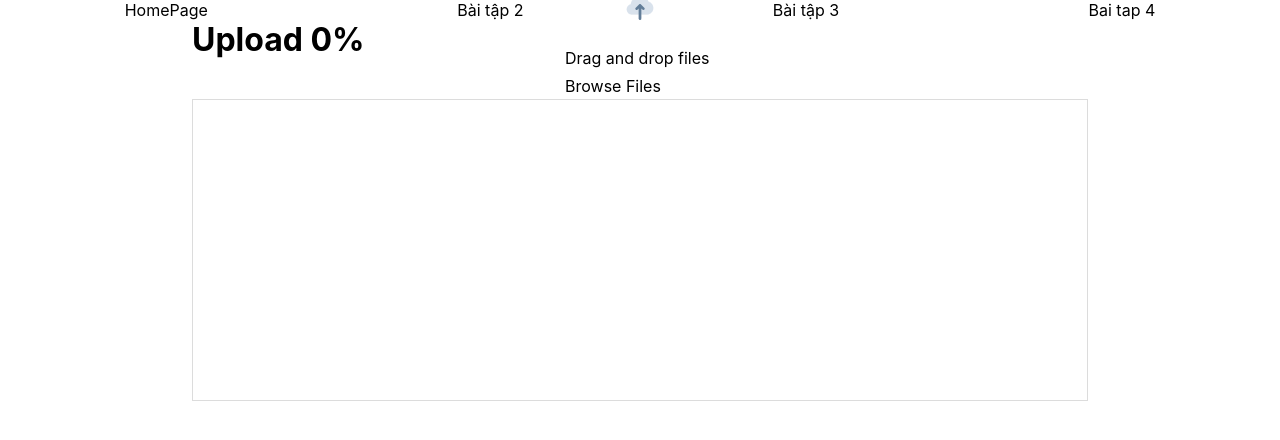
Repository: tungdau93/Training-ReactJS
Page: /bai-tap-3
An editor plug-in stored every save of this project. The page is shown before and after the next save, followed by the edit.
The browser window is 1280 px wide. The pictures show the whole page.
The project was rebuilt for these pictures with package versions that can differ from the ones it lists, and the page was loaded fresh each time. Also part of the build but not shown: src/App.css, src/hooks/useClickOutside.js, src/Assignments/BaiTap2.jsx, src/Assignments/HomePage.jsx.

Above is the page before, as saved 2022-10-03 10:49:01.

### src/App.js
import { BrowserRouter, Route, Routes } from "react-router-dom";
import "./App.css";
import BaiTap2 from "./Assignments/BaiTap2";
import BaiTap3 from "./Assignments/BaiTap3";
import HomePage from "./Assignments/HomePage";
import Menu from "./Assignments/Menu";

function App() {
  return (
    <BrowserRouter>
      <Menu />
      <Routes>
        <Route path="/" element={<HomePage />} />
        <Route path="/bai-tap-2" element={<BaiTap2 />} />
        <Route path="/bai-tap-3" element={<BaiTap3 />} />
      </Routes>
    </BrowserRouter>
  );
}

export default App;

### src/Assignments/BaiTap3.jsx
import { ref, uploadBytesResumable } from "@firebase/storage";
import React, { useRef, useState } from "react";
import { storage } from "../firebase";
import "../style/_bai-tap-3.scss";

const BaiTap3 = () => {
  const listUploadedRef = useRef();
  const fileUploadedRef = useRef();

  const [files, setFiles] = useState([]);
  const [progress, setProgress] = useState(0);
  const [isSizeValid, setIsSizeValid] = useState(true);
  const [isActive, setIsActive] = useState(true);
  const [isValidNumberOfFiles, setValidNumberOfFiles] = useState(false);

  const RemoveAddFile = [];

  const handleSlide = () => {
    const listUploadedOffsetWidth = listUploadedRef.current?.offsetWidth;
    const listUploadedClientWidth = listUploadedRef.current?.clientWidth;
    const fileUploadedWidth = fileUploadedRef.current?.offsetWidth;
    const removeSpace = listUploadedOffsetWidth - listUploadedClientWidth;
    console.log(removeSpace);

    if (listUploadedRef.current && fileUploadedRef.current) {
      listUploadedRef.current.scrollTo({
        left: fileUploadedWidth,
        behavior: "smooth",
      });
    }
  };
  const handleAddFiles = (event) => {
    setValidNumberOfFiles(false);
    const file = event.target.files[0];

    event.preventDefault();
    const fileArray = event.target.files;
    for (var j = 0; j < fileArray.length; j++) {
      if (fileArray[j].size > 10485760) {
        setIsSizeValid(false);
        setIsActive(false);
        return;
      }
    }
    setIsActive(true);
    setIsSizeValid(true);

    const newFiles = [...files];
    for (let k = 0; k < fileArray.length; k++) {
      newFiles.push(fileArray[k]);
    }
    setFiles(newFiles);
  };

  const uploadFiles = (file) => {
    if (!file) return;
    const storageRef = ref(storage, `/files/${file.name}`);
    const uploadTask = uploadBytesResumable(storageRef, file);
    uploadTask.on(
      "state_changed",
      (snapshot) => {
        const prog = Math.round(
          (snapshot.bytesTransferred / snapshot.totalBytes) * 100
        );
        setProgress(prog);
      },
      (err) => console.log(err)
    );
  };

  const handleUpload = (event) => {
    event.preventDefault();

    const newFilesUpload = [...files];
    if (files.length > 0 && files.length <= 4) {
      for (let i = 0; i < newFilesUpload.length; i++) {
        uploadFiles(newFilesUpload[i]);
        console.log(newFilesUpload[i]);
        setFiles(RemoveAddFile);
      }
    } else {
      setValidNumberOfFiles(true);
      setFiles(RemoveAddFile);
      setIsActive(false);
    }
  };

  const handleClose = (index) => {
    const fileSelected = files.filter((file) => file.index === index);
    // console.log(newFiles);
    const newFiles = [...files];
    newFiles.pop(fileSelected);
    setFiles([...newFiles]);
  };

  return (
    <div className="drag-drop-files-container">
      <h1>Upload {progress}%</h1>
      {/* <img
        onClick={handleSlide}
        src={require("../assets/images/submit-icon.png")}
        alt=""
        className="slide-icon"
      /> */}

      <div className="drag-drop-files">
        <div className="drag-drop-label">
          <span className="image-drag-drop">
            <img
              alt=""
              src={require("../assets/images/upload-icon.png")}
              width={32}
              height={32}
            />
          </span>
          <span>Drag and drop files</span>
          <span>Browse Files</span>
        </div>

        <input
          id="name"
          type="file"
          className="input-files"
          onChange={handleAddFiles}
          multiple
        />
        {/* <form onSubmit={(event) => handleUpload(event)}>
          <label htmlFor="name" className="drag-and-drop-img">
            <img alt="" src={require("../assets/images/upload-icon.png")} />
          </label>
          <label htmlFor="name" className="drag-and-drop-heading">
            Drag and drop files
          </label>
          <label htmlFor="name" className="drag-and-drop-heading--sub-heading">
            Browse Files
          </label>
          <input
            id="name"
            type="file"
            className="input"
            onChange={handleAddFiles}
            multiple
          />
          <button type="submit" className="submit">
            Upload
          </button>
        </form> */}
      </div>

      {/* {isSizeValid ? (
        <div ref={listUploadedRef} className="show-data--hidden">
          {files &&
            files.map((file, index) => {
              // console.log(file.type);
              return (
                <FileUpload
                  handleClose={() => handleClose(index)}
                  key={index}
                  ref={fileUploadedRef}
                  fileType={file.type}
                  fileName={file.name}
                  fileSize={file.size}
                />
              );
            })}
        </div>
      ) : (
        <span className="maximum-files-size">
          The maximum file size is 10MB
        </span>
      )} */}

      {/* {isValidNumberOfFiles ? (
        <span className="maximum-files-length">
          Maximum length of files is 4
        </span>
      ) : null} */}
    </div>
  );
};

export default BaiTap3;

### src/Assignments/Menu.jsx
  import React from "react";
import { useNavigate } from "react-router-dom";

const styleHomePage={
        display:'flex',
        justifyContent: 'center',
}

const styleUl = {
    display: 'flex',
    justifyContent: 'space-around',
    // ListStyle:"none"
}
const handleMouseOver =(e)=>{
    e.target.style.color = '#DC143C'
}
const handleMouseOut =(e)=>{
    e.target.style.color = '#000'
}

const Menu = () => {
  const navigate = useNavigate();

  const redirectPage = (url) => {
    navigate(url);
  };

  return (
    <div>
      <ul style={styleUl}>
        <li style={{listStyleType:'none'}} onMouseOver={handleMouseOver} onMouseOut={handleMouseOut} onClick={() => redirectPage("/")}>
          <div style={styleHomePage}>HomePage</div>
        </li>
        <li style={{listStyleType:'none'}}  onMouseOver={handleMouseOver} onMouseOut={handleMouseOut} onClick={() => redirectPage("/bai-tap-2")}>
          <div >Bài tập 2</div>
        </li>
        <li style={{listStyleType:'none'}} onMouseOver={handleMouseOver} onMouseOut={handleMouseOut} onClick={() => redirectPage("/bai-tap-3")}>
          <div >Bài tập 3</div>
        </li>
        <li style={{listStyleType:'none'}} onMouseOver={handleMouseOver} onMouseOut={handleMouseOut} onClick={() => redirectPage("/bai-tap-4")}>
          <div >Bai tap 4

          </div>
        </li>
      </ul>
    </div>
  );
};

export default Menu;

### src/style/_bai-tap-2.scss
*{
    padding: 0;
    margin:0;
}
.app {
    background-color:#1E1E1E;
    #title {
        top:-976px;
        left:-1124px;
        color:#a0a0a0;
        width: 2227px;
        height:1933px;
        &:hover{
            color:#99CCFF;
            opacity:.6;
    }
    }
    .app__container{
        width: 2227px; ;
        height: 1933px;
        background-color:#F8F8F8;
        position:relative;
        .app__container--heading{
            display: flex;
            flex-direction: row;
            align-items: center;
            padding: 50px 99px 50px 56px;
            gap: 10px;
            display:block;

            position: absolute;
            width: 2227px;
            height: 140px;
            left: 0px;
            top: 0px;
            background-color:#333333;
            .app__container--heading-name{
                display: flex;
                flex-direction: row;
                align-items: center;
                padding: 0px;
                gap: 30px;

                width: 323px;
                height: 56px;


                /* Inside auto layout */

                flex: none;
                order: 0;
                flex-grow: 0;
                .app__container--heading-name--japanese{
                    width: 144px;
                    height: 56px;

                    font-family: 'Roboto';
                    font-style: normal;
                    font-weight: 700;
                    font-size: 48px;
                    line-height: 56px;




                /* White */

                    color: #FFFFFF;


                /* Inside auto layout */

                    flex: none;
                    order: 0;
                    flex-grow: 0;

                }
                .app__container--heading-name--english{
                    width: 149px;
                height: 38px;

                font-family: 'Roboto';
                font-style: normal;
                font-weight: 400;
                font-size: 32px;
                line-height: 38px;
                /* identical to box height */


                /* White */

                color: #FFFFFF;


                /* Inside auto layout */

                flex: none;
                order: 1;
                flex-grow: 0;
                }
            }
        }
        .app__container--input-wrapper{
    position: relative;
    display: flex;
    flex-direction: column;
    align-items: flex-start;
    padding: 0px;

    position: absolute;
    width: 400px;
    height: 46px;
    left: 379px;
    top: 308px;
    .app__container--input-wrapper--input{
        box-sizing: border-box;

    /* Auto layout */


    display: flex;
    flex-direction: row;
    align-items: center;
    padding: 8px 10px;
    gap: 4px;

    width: 400px;
    height: 49px;

    background: rgba(230, 249, 255, 0.2);
    /* Black / 04 */

    border: 1px solid #DBDBDB;
    border-radius: 4px;

    /* Inside auto layout */

    flex: none;
    order: 0;
    align-self: stretch;
    flex-grow: 0;



            }

     .fa-thin{
    position: absolute;
            }
    .app__container--input-wrapper--dropdown-list{
display: flex;

display:none;
// flex-direction: column;
// align-items: flex-start;
position: absolute;
width: 400px;
height: 128px;
left: 0;
top: 49px;
// background-color: yellow;

filter: drop-shadow(0px 1px 8px rgba(102, 102, 102, 0.25));
border-radius: 4px;
        .app__container--input-wrapper--dropdown-list--item1{
            position: absolute;
            width: 100%;
            height: 49px;
            background: rgba(230, 249, 255, 0.2);
            border-radius: 4px;
            display:block

        }
        .app__container--input-wrapper--dropdown-list--item2{
            position: absolute;
            width: 100%;
            height: 49px;
            border-radius: 4px;
            background: rgba(230, 249, 255, 0.2);
            top: 49px;
            display:block


        }
        .app__container--input-wrapper--dropdown-list--item3{
            position: absolute;
            width: 100%;
            height: 49px;
            border-radius: 4px;
            background: rgba(230, 249, 255, 0.2);
            top:98px;
            display:block


        }

    }
}


    }
}

### src/firebase.js
import { initializeApp } from "firebase/app";
import { getStorage } from "firebase/storage";

const firebaseConfig = {
    apiKey: "AIzaSyBDyCwxOmrur5hog0XVVwqIkyzdGhH8h4w",
    authDomain: "fir-upload-d710f.firebaseapp.com",
    projectId: "fir-upload-d710f",
    storageBucket: "fir-upload-d710f.appspot.com",
    messagingSenderId: "230877422747",
    appId: "1:230877422747:web:8e36d237d55b89ca5f923e",
    measurementId: "G-Q111WB6C29"
  };

  export const app = initializeApp(firebaseConfig);
  export const storage = getStorage(app);

### src/style/_bai-tap-3.scss
//   .slide-icon {
//     top: 560px;
//     left: 1398px;
//     width: 40px;
//     height: 38px;
//     border-radius: 50%;
//     border: solid #fff;
//     &:hover {
//       border: #107ce0 solid 3px;
//     }
//   }
//   .drag-and-drop {
//     display: flex;
//     justify-content: center;
//     width: 842px;
//     height: 232px;
//     left: 579px;
//     // right: 79.24%;
//     top: 249px;
//     background: #f8f8f8;
//     border: 1px solid #dcdcdc;
//     border-radius: 7px;
//     z-index: 1;
//     .drag-and-drop-img {
//       top: 45px;
//       left: 381px;
//       display: flex;
//       position: absolute;
//       min-width: 70px;
//       min-height: 70px;

//       justify-content: center;
//       align-items: center;
//     }
//     .drag-and-drop-heading {
//       top: 113px;
//       left: 342px;
//       display: flex;
//       position: absolute;
//       min-width: 100px;
//       align-items: center;
//       justify-content: center;
//       font-family: "Noto Sans";
//       font-style: normal;
//       font-weight: 700;
//       font-size: 18px;
//       line-height: 22px;
//       color: #333333;
//     }
//     .drag-and-drop-heading--sub-heading {
//       top: 137px;
//       left: 373px;
//       position: absolute;
//       min-width: 50px;
//       align-items: center;
//       justify-content: center;
//       font-family: "Noto Sans";
//       font-style: normal;
//       font-size: 18px;
//       line-height: 22px;
//       color: #333333;
//       text-decoration: underline;
//     }
//     &:hover {
//       border: 1px solid #107ce0;
//     }
//     .input {
//       width: 842px;
//       height: 232px;
//       position: absolute;
//       // right: 79.24%;
//       background: #f8f8f8;
//       // border: 1px solid #dcdcdc;
//       border-radius: 7px;
//       z-index: -1;
//       color: transparent;

//       &::-webkit-file-upload-button {
//         display: none;
//       }
//     }
//     .submit {
//       position: absolute;
//       top: 360px;
//       left: 359px;
//       width: 113px;
//       height: 43px;
//       border-radius: 3px;
//       z-index: -1;
//       border: none;
//       &:hover {
//         border: 1px solid #107ce0;
//       }
//     }
//     .submit-img {
//       position: absolute;
//       top: 261px;
//       left: 825px;
//       width: 32px;
//       height: 32px;
//       border-radius: 50%;
//       z-index: 1;
//     }
//     .drag-and-drop--upload-icon {
//       position: absolute;
//       height: 18.67px;
//       width: 26.67px;
//       top: 64px;
//       left: 397.67px;
//       right: 417.67px;
//       z-index: 1;
//     }

//   }

//   .drag-and-drop--alert {
//     width: 842px;
//     height: 232px;
//     position: relative;
//     left: 579px;
//     // right: 79.24%;
//     top: 249px;
//     background: #f8f8f8;
//     border: 1px solid  #ED5D5D;
//     border-radius: 7px;
//     z-index: 1;
//     .drag-and-drop-img {
//       top: 45px;
//       left: 381px;
//       display: flex;
//       position: absolute;
//       min-width: 70px;
//       min-height: 70px;

//       justify-content: center;
//       align-items: center;
//     }
//     .drag-and-drop-heading {
//       top: 113px;
//       left: 342px;
//       display: flex;
//       position: absolute;
//       min-width: 100px;
//       align-items: center;
//       justify-content: center;
//       font-family: "Noto Sans";
//       font-style: normal;
//       font-weight: 700;
//       font-size: 18px;
//       line-height: 22px;
//       color: #333333;
//     }
//     .drag-and-drop-heading--sub-heading {
//       top: 137px;
//       left: 373px;
//       position: absolute;
//       min-width: 50px;
//       align-items: center;
//       justify-content: center;
//       font-family: "Noto Sans";
//       font-style: normal;
//       font-size: 18px;
//       line-height: 22px;
//       color: #333333;
//       text-decoration: underline;
//     }
//     &:hover {
//       border: 1px solid #107ce0;
//     }
//     .input {
//       width: 842px;
//       height: 232px;
//       position: absolute;
//       // right: 79.24%;
//       background: #f8f8f8;
//       // border: 1px solid #dcdcdc;
//       border-radius: 7px;
//       z-index: -1;
//       color: transparent;

//       &::-webkit-file-upload-button {
//         display: none;
//       }
//     }
//     .submit {
//       position: absolute;
//       top: 360px;
//       left: 359px;
//       width: 113px;
//       height: 43px;
//       border-radius: 3px;
//       z-index: -1;
//       border: none;
//       &:hover {
//         border: 1px solid #107ce0;
//       }
//     }
//     .submit-img {
//       position: absolute;
//       top: 261px;
//       left: 825px;
//       width: 32px;
//       height: 32px;
//       border-radius: 50%;
//       z-index: 1;
//     }
//     .drag-and-drop--upload-icon {
//       position: absolute;
//       height: 18.67px;
//       width: 26.67px;
//       top: 64px;
//       left: 397.67px;
//       right: 417.67px;
//       z-index: 1;
//     }

//   }

//   .invalid {
//     position: absolute;
//     top: 93px;
//     left: 32px;
//     width: 24px;
//     height: 32px;
//     background-color: rgba(255, 0, 0, 0.5);
//     border: solid 0.5px rgb(153, 167, 181);
//     border-radius: 3px;
//   }

// .maximum-files-length{
//     color: #ED5D5D;
//     top: 169px;
//     position: relative;
//     left: 581px;
// }

// .maximum-files-size{
//   color: #ED5D5D;
//   top: 278px;
//   position: relative;
//   left: 581px;
// }

.drag-drop-files-container {
  width: 70%;
  margin: auto;

  .drag-drop-files {
    display: flex;
    justify-content: center;
    margin-top: 40px;
    border: 1px solid #dcdcdc;
    height: 300px;
    position: relative;

    .drag-drop-label {
      display: flex;
      flex-direction: column;
      min-width: 150px;
      position: absolute;
      // left: 300px;
      bottom: calc(300px);

      .image-drag-drop {
        display: flex;
        justify-content: center;

        img {
          margin-bottom: 16px;
        }
      }

      span {
        margin: 4px 0;
      }
    }

    .input-files {
      width: 100%;
      opacity: 0;
    }
  }
}

Loaded but not shown: public/index.html (common file); src/index.js (common file); src/index.css (common file); src/reportWebVitals.js (common file)

After the next save:
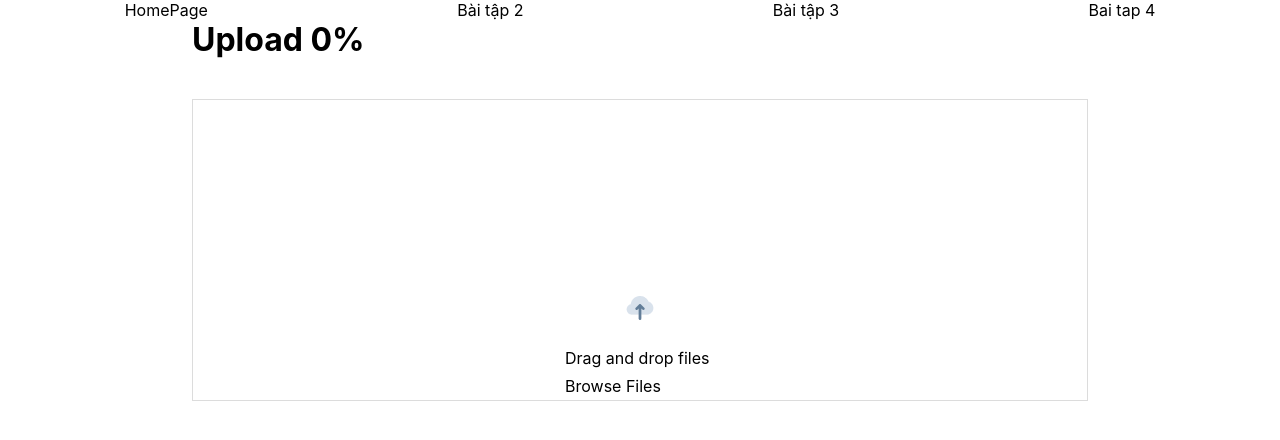
Saved 6 s later.
--- a/src/style/_bai-tap-3.scss
+++ b/src/style/_bai-tap-3.scss
@@ -259,7 +259,7 @@
       min-width: 150px;
       position: absolute;
       // left: 300px;
-      bottom: calc(300px);
+      bottom: 0;
 
       .image-drag-drop {
         display: flex;
